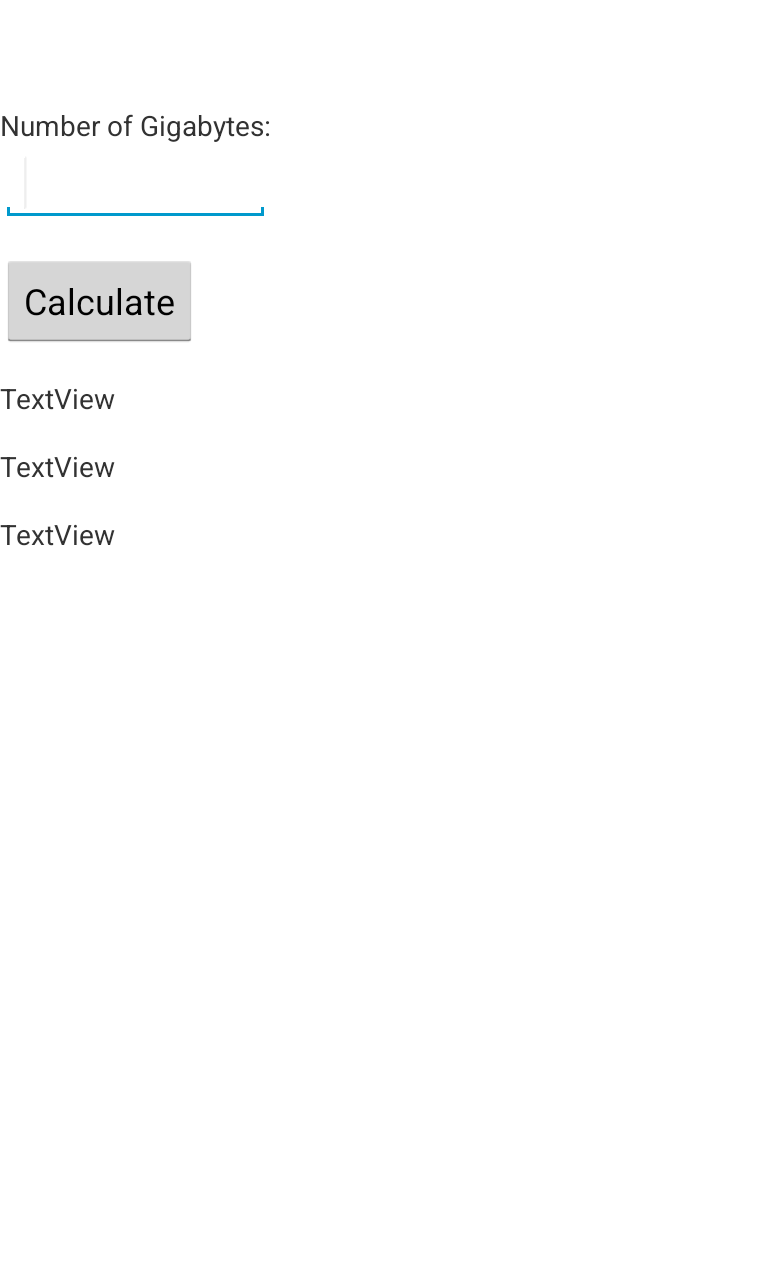
Repository: laurenelder/Java1-Project1
Layout: LinearLayoutProject/res/layout/activity_main.xml
The author's editor kept a copy of each file at every save. The layout is drawn from the files as they stood at one save, then again after the next save.
It is drawn on a 768 x 1280 px phone screen (xhdpi) without system bars, with theme AppTheme; the app's code is not run.

Above is the layout before, as saved 2014-05-10 00:31:08.

After the next save:
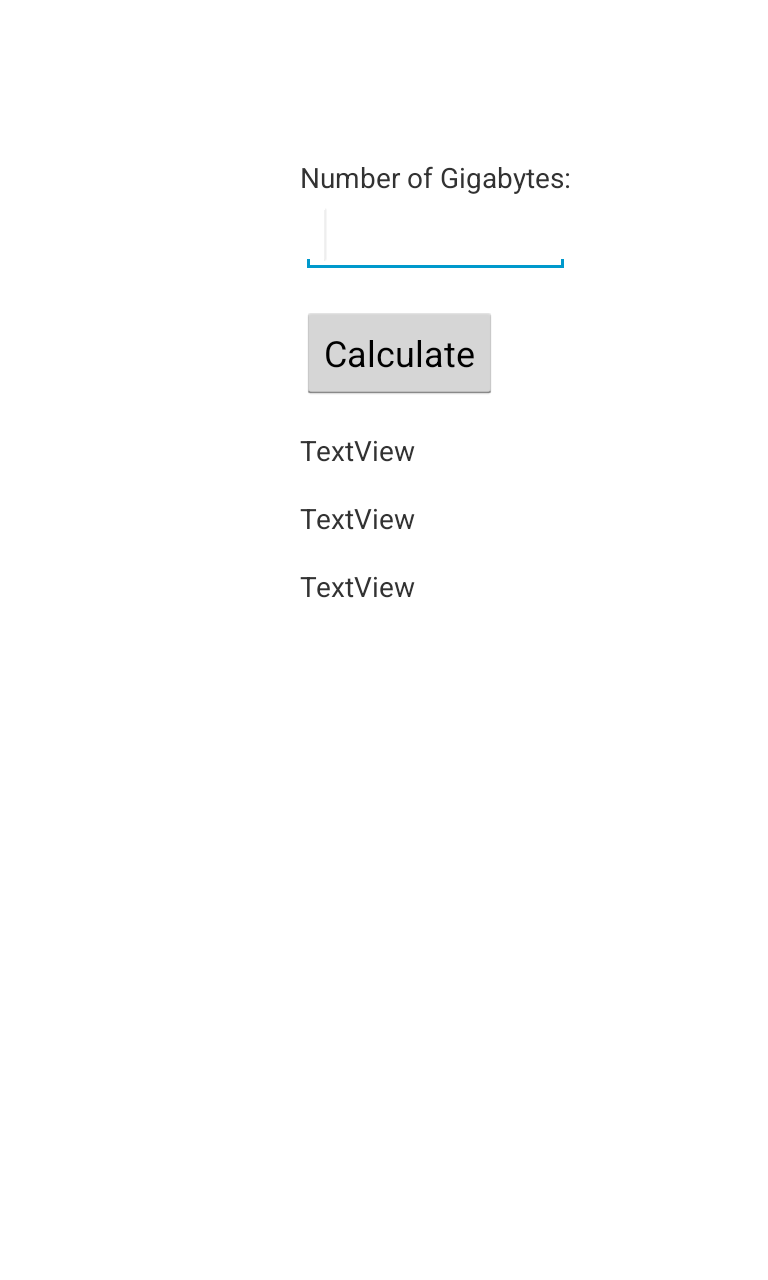
Saved 106 s later.
--- a/LinearLayoutProject/res/layout/activity_main.xml
+++ b/LinearLayoutProject/res/layout/activity_main.xml
@@ -10,7 +10,8 @@
         android:id="@+id/linear"
         android:layout_width="wrap_content"
         android:layout_height="wrap_content"
-        android:layout_marginTop="24dp"
+        android:layout_marginTop="50dp"
+        android:layout_marginLeft="150dp"
         android:orientation="vertical"
         tools:context="com.elderDevin.linearlayoutproject.MainActivity">
 
